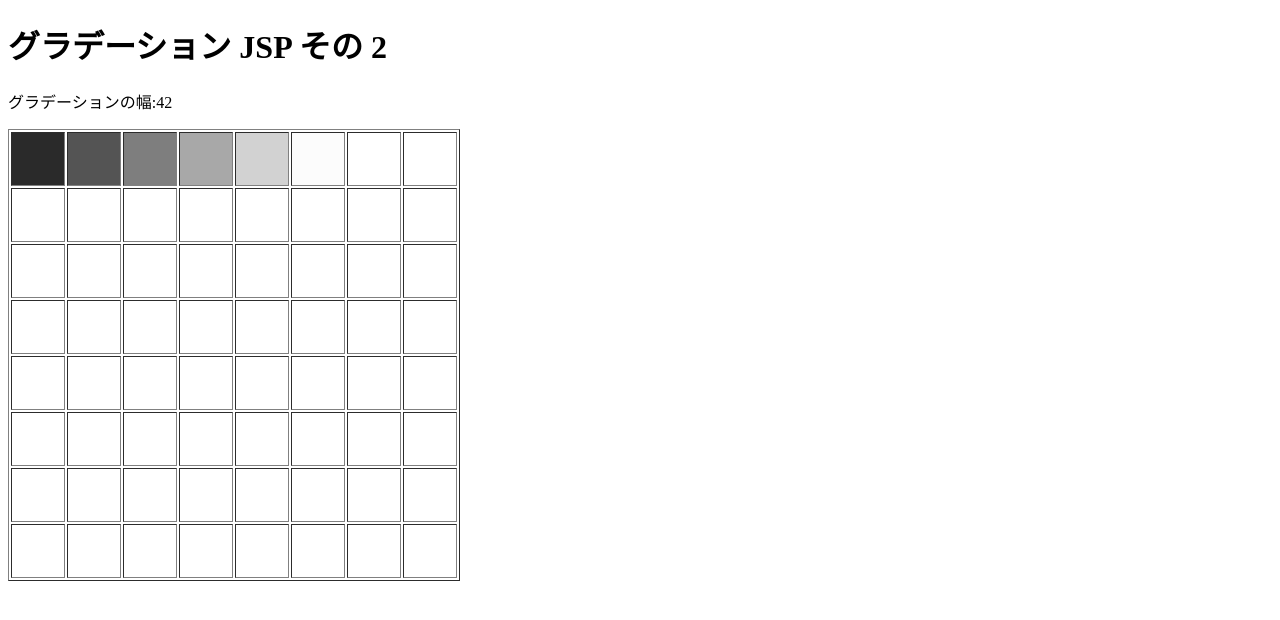
Repository: jh0612/2021_Azure_study
Page: http://localhost/Myproj2/grandientjsp2.jsp
The author's editor kept a copy of each file at every save. The page is drawn from the files as they stood at one save, then again after the next save.
The browser window is 1280 px wide. The pictures show the whole page.
The page is served by Tomcat 9.

Above is the page before, as saved 2021-12-02 08:19:44.

After the next save:
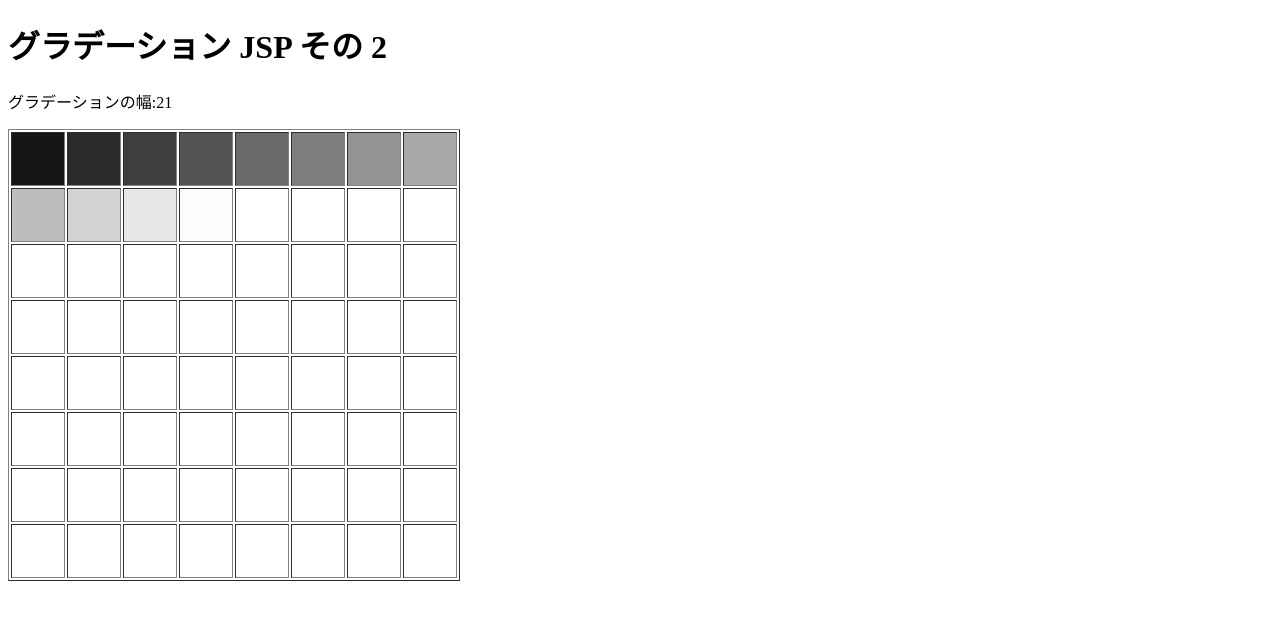
Saved 21 s later.
--- a/Demoforme/Myproj2/src/main/webapp/grandientjsp2.jsp
+++ b/Demoforme/Myproj2/src/main/webapp/grandientjsp2.jsp
@@ -7,7 +7,7 @@
 <title>グラデーション JSP その 2</title>
 </head>
 <body>
-<% int add = 42; %>
+<% int add = 21; %>
 <h1>グラデーション JSP その 2</h1>
 グラデーションの幅:<%= add %><p></p>
 <table border="1">
